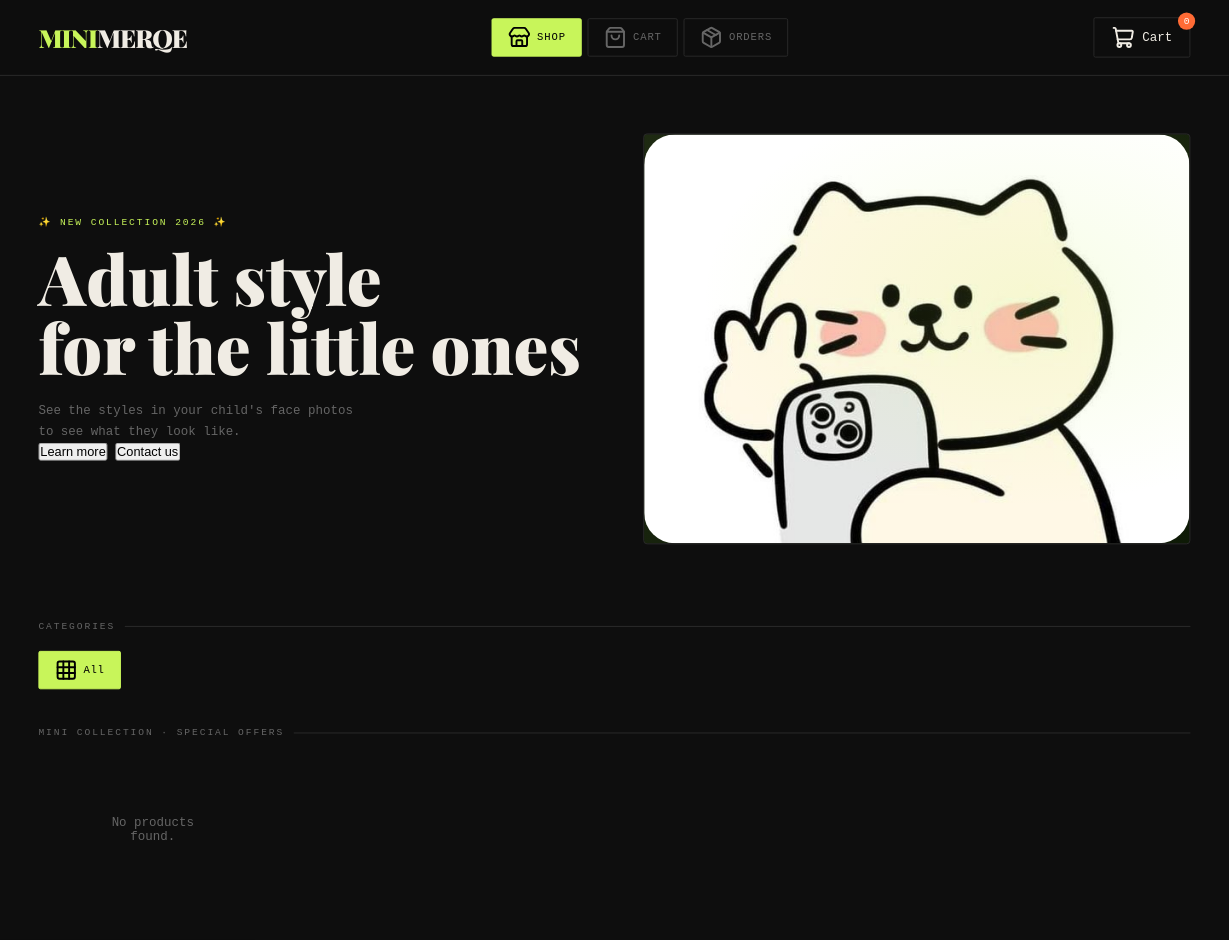
Repository: Pegasuarr/mini-shop
Page: merqe-frontend/index.html
The author's editor kept a copy of each file at every save. The page is drawn from the files as they stood at one save, then again after the next save.
The browser window is 1280 px wide. The pictures show the whole page, at 96% of full size.
The page's requests for data from a server got no answer. Some web libraries are served in a nearby version.

Above is the page before, as saved 2026-05-23 20:49:27.

### merqe-frontend/index.html
<!DOCTYPE html>
<html lang="en">
<head>
  <meta charset="UTF-8">
  <meta name="viewport" content="width=device-width, initial-scale=1.0, viewport-fit=cover">
  <title>MINI MERQE — Adult Style for Little Ones</title>
  <link href="https://fonts.googleapis.com/css2?family=Inter:opsz,wght@14..32,300;400;500;600;700&family=Playfair+Display:wght@400;500;600;700;800;900&family=Space+Grotesk:wght@400;500;600&display=swap" rel="stylesheet">
  <script src="https://cdnjs.cloudflare.com/ajax/libs/lucide/0.383.0/umd/lucide.min.js"></script>
  <link rel="stylesheet" href="style.css">
</head>
<body>

<header>
  <div class="logo">MINI<span>MERQE</span></div>
  <nav>
    <button class="active" data-view="shop">
      <i data-lucide="store"></i> Shop
    </button>
    <button data-view="cart">
      <i data-lucide="shopping-bag"></i> Cart
    </button>
    <button data-view="orders">
      <i data-lucide="package"></i> Orders
    </button>
  </nav>
  <button class="cart-btn" data-view="cart">
    <i data-lucide="shopping-cart"></i> Cart
    <span class="cart-count" id="cart-count">0</span>
  </button>
</header>

<!-- ══════════════════════════════════════════
     SHOP VIEW
══════════════════════════════════════════ -->
<div id="view-shop" class="view active">

  <!-- HERO -->
  <div class="hero">
    <div class="hero-text">
      <div class="hero-label">✨ new collection 2026 ✨</div>
      <h1>Adult style <br>for the <span>little ones</span></h1>
      <p>See the styles in your child's face photos to see what they look like.</p>
      <div class="hero-actions">
        <button class="hero-btn-primary" id="learnMoreBtn">Learn more</button>
        <button class="hero-btn-secondary" id="contactBtn">Contact us</button>
      </div>
    </div>

    <div class="hero-img">
      <img
        src="images/hero.jpg"
        alt="Mini Merqe collection"
        onerror="this.style.display='none'; this.nextElementSibling.style.display='flex'"
      >
      <!-- shown when hero.jpg is missing -->
      <div class="hero-img-fallback">
        <i data-lucide="image"></i>
        <span>Add <strong>images/hero.jpg</strong></span>
      </div>
    </div>

  </div>

  <div class="section-label">Categories</div>
  <div class="categories" id="categories-bar"></div>

  <div class="section-label">Mini collection · special offers</div>

  <div class="products-grid" id="products-grid"></div>

</div>

<!-- card view -->
<div id="view-cart" class="view">
  <h2><i data-lucide="shopping-bag"></i> Your Cart</h2>
  <div id="cart-body"></div>
</div>

<!-- orders view -->
<div id="view-orders" class="view">
  <h2><i data-lucide="package"></i> Orders</h2>
  <div id="orders-body"></div>
</div>

<!-- ══════════════════════════════════════════
     CHECKOUT MODAL
══════════════════════════════════════════ -->
<div id="checkout-modal" style="display:none">
  <div class="modal-overlay">
    <div class="modal">
      <h3><i data-lucide="credit-card"></i> Checkout</h3>
      <div class="form-group">
        <label>Full name</label>
        <input type="text" id="f-name" placeholder="Jane Doe">
      </div>
      <div class="form-group">
        <label>Email</label>
        <input type="email" id="f-email" placeholder="hello@example.com">
      </div>
      <div class="form-group">
        <label>Address</label>
        <input type="text" id="f-address" placeholder="123 Maple Street">
      </div>
      <div class="modal-actions">
        <button class="btn-cancel" id="closeModalBtn">Cancel</button>
        <button class="btn-confirm" id="placeOrderBtn">
          <i data-lucide="check"></i> Place Order
        </button>
      </div>
    </div>
  </div>
</div>

<script src="app.js"></script>
</body>
</html>

Loaded but not shown: merqe-frontend/App.js (369 lines, source omitted); merqe-frontend/style.css (466 lines, source omitted)

After the next save:
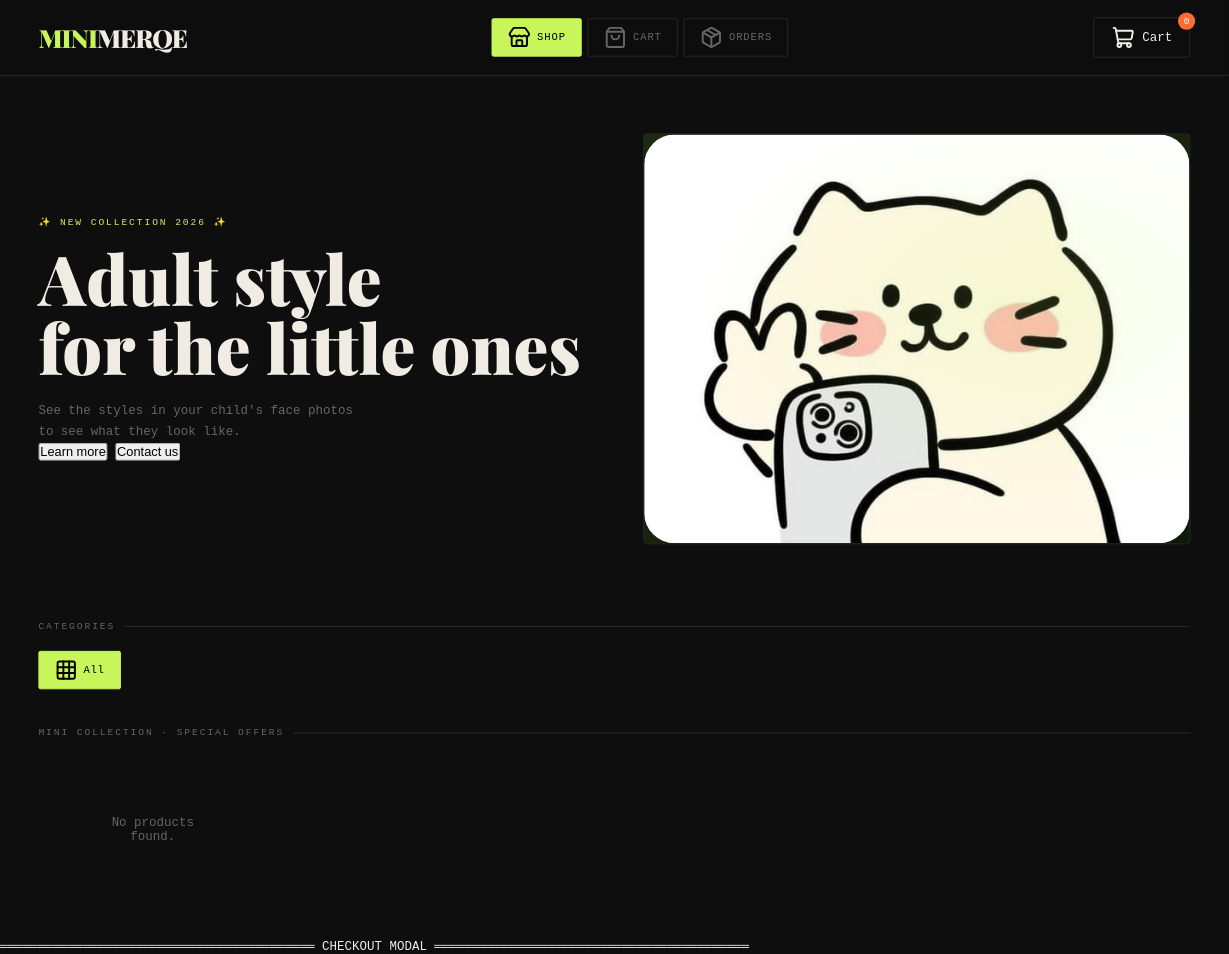
Saved 5 s later.
--- a/merqe-frontend/index.html
+++ b/merqe-frontend/index.html
@@ -82,9 +82,9 @@
   <div id="orders-body"></div>
 </div>
 
-<!-- ══════════════════════════════════════════
+══════════════════════════════════════════
      CHECKOUT MODAL
-══════════════════════════════════════════ -->
+══════════════════════════════════════════
 <div id="checkout-modal" style="display:none">
   <div class="modal-overlay">
     <div class="modal">

After the save that followed:
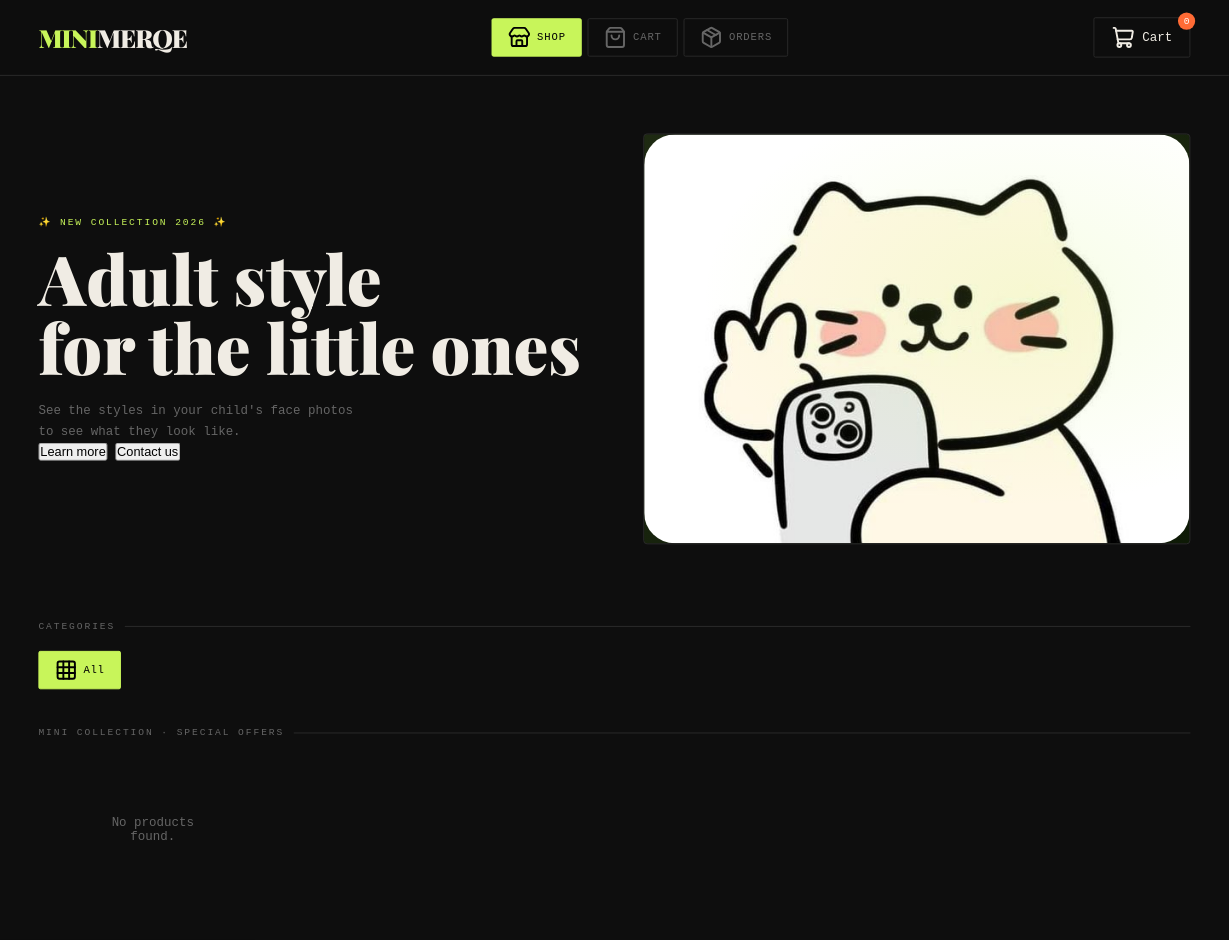
Saved 6 s later.
--- a/merqe-frontend/index.html
+++ b/merqe-frontend/index.html
@@ -82,9 +82,7 @@
   <div id="orders-body"></div>
 </div>
 
-══════════════════════════════════════════
-     CHECKOUT MODAL
-══════════════════════════════════════════
+<!-- checkout -->
 <div id="checkout-modal" style="display:none">
   <div class="modal-overlay">
     <div class="modal">
